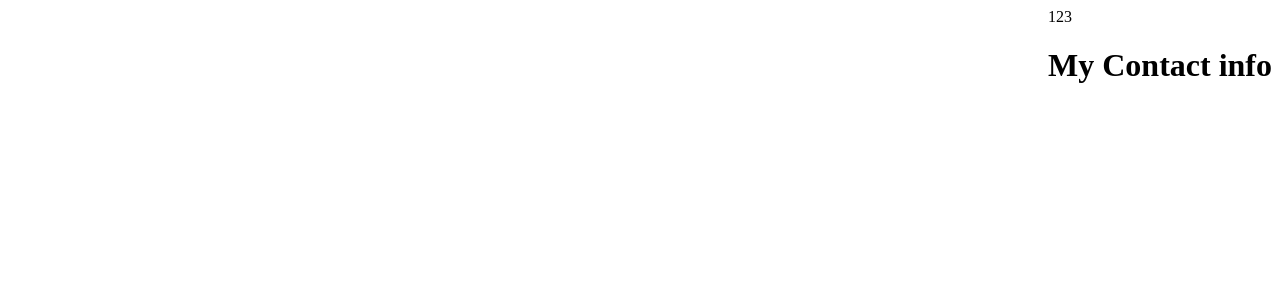
Repository: Melinda-Nanjad-Personal-Website/Personal-web
Page: contact.html
The author's editor kept a copy of each file at every save. The page is drawn from the files as they stood at one save, then again after the next save.
The browser window is 1280 px wide. The pictures show the whole page.

Above is the page before, as saved 2023-07-27 20:26:44.

After the next save:
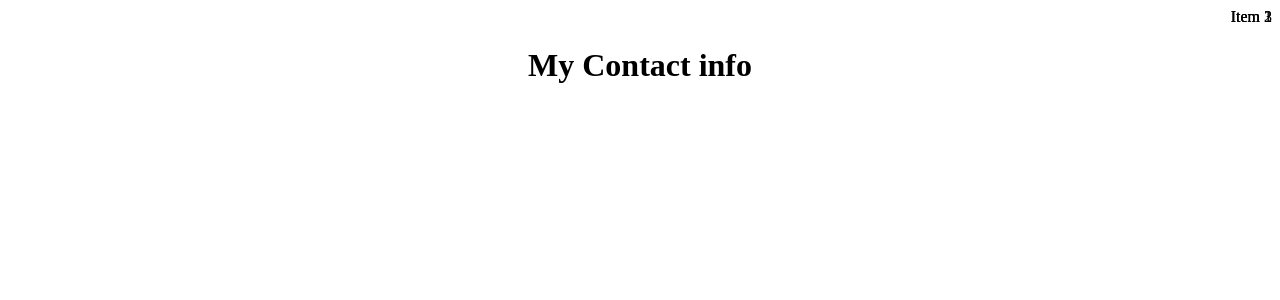
Saved 4 min 16 s later.
--- a/contact.html
+++ b/contact.html
@@ -8,9 +8,9 @@
 </head>
 <body>
     <div class="container">
-        <div class="item item-1">1</div"
-             <div class="item item-2">2</div"
-                <div class="item item-3">3</div"
+        <div class="item item-1"> Item 1</div>
+             <div class="item item-2"> Item 2</div>
+                <div class="item item-3"> Item 3</div>
     </div>
 
     <h1><center/>My Contact info</h1>
